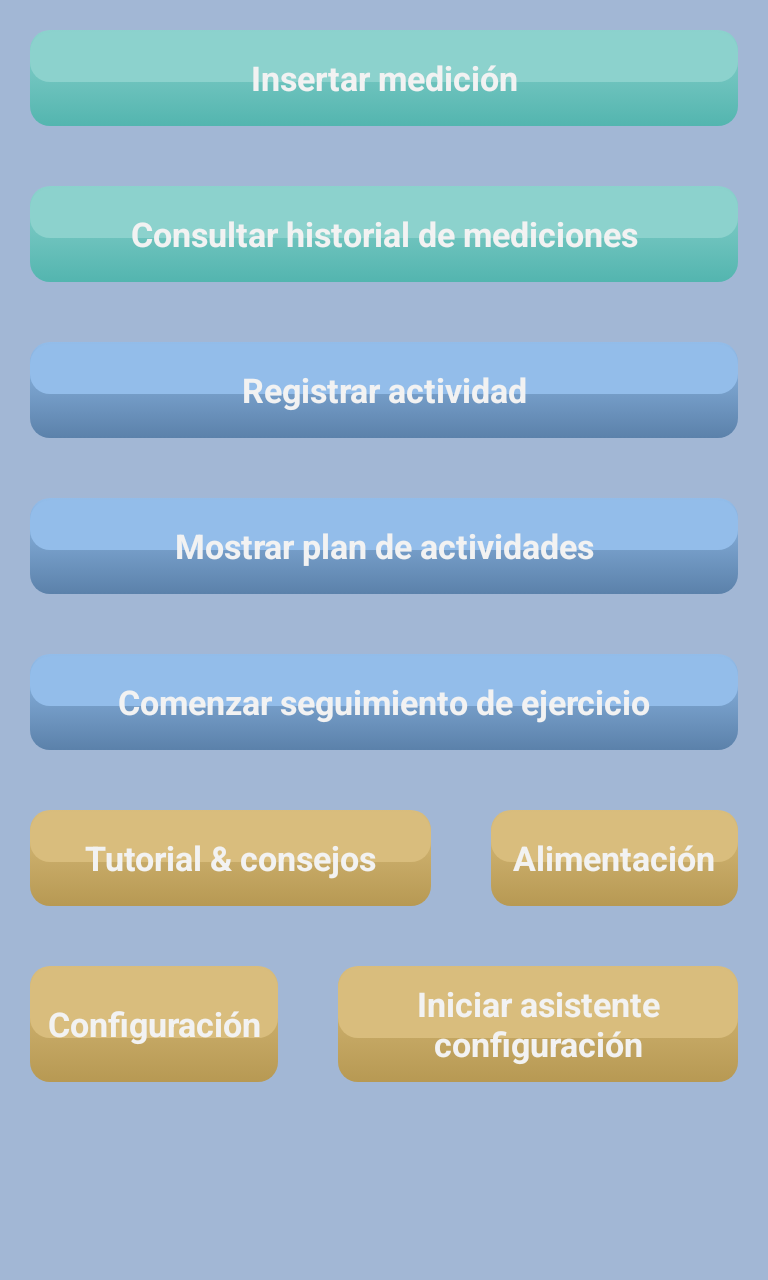
Repository: HectorGarciaMiguel/ssii-diabetes-060036
Layout: SeguimientoDiabetes/res/layout/activity_principal.xml
The author's editor kept a copy of each file at every save. The layout is drawn from the files as they stood at one save, then again after the next save.
It is drawn on a 768 x 1280 px phone screen (xhdpi) without system bars, with theme AppTheme; the app's code is not run.

Above is the layout before, as saved 2015-11-20 21:15:33.

After the next save:
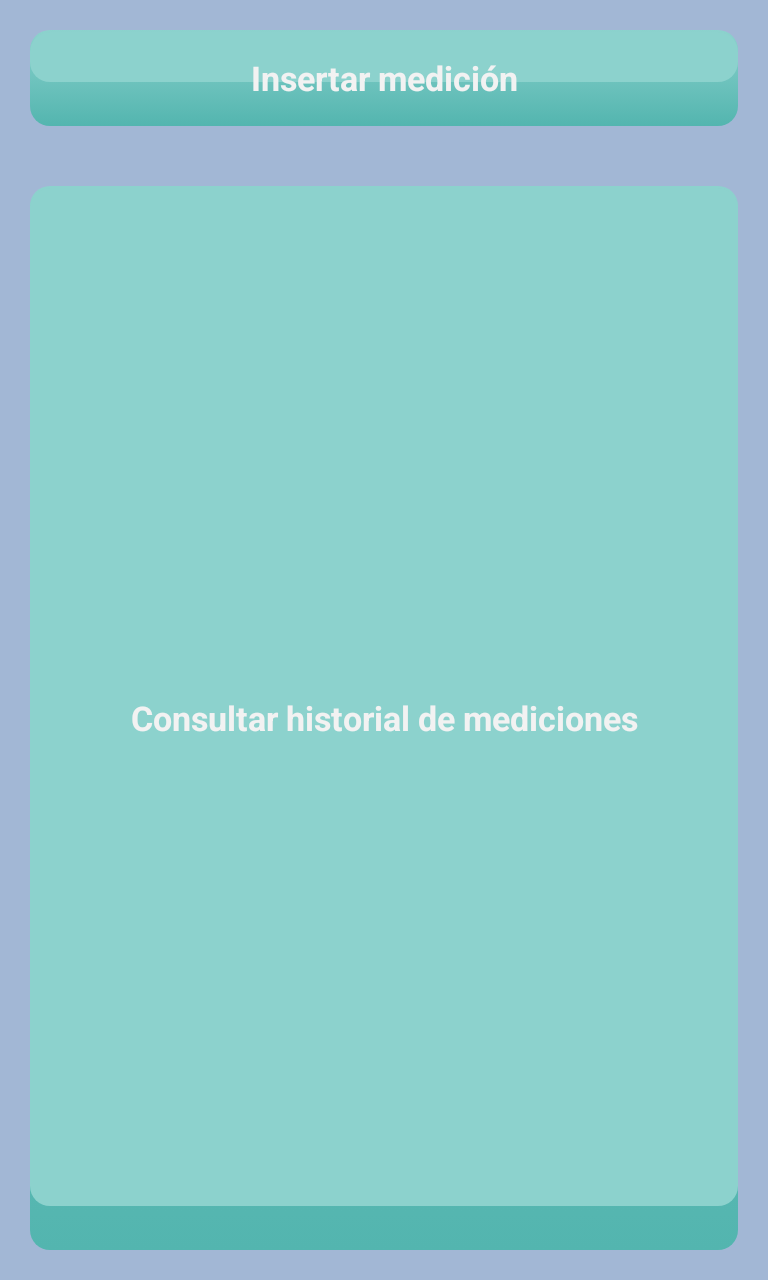
Saved 7 s later.
--- a/SeguimientoDiabetes/res/layout/activity_principal.xml
+++ b/SeguimientoDiabetes/res/layout/activity_principal.xml
@@ -25,7 +25,7 @@
 
 		<LinearLayout
 		        android:layout_width="fill_parent"
-		        android:layout_height="wrap_content">
+		        android:layout_height="fill_parent">
 
 		    <Button
 		        android:id="@+id/button2"

After the save that followed:
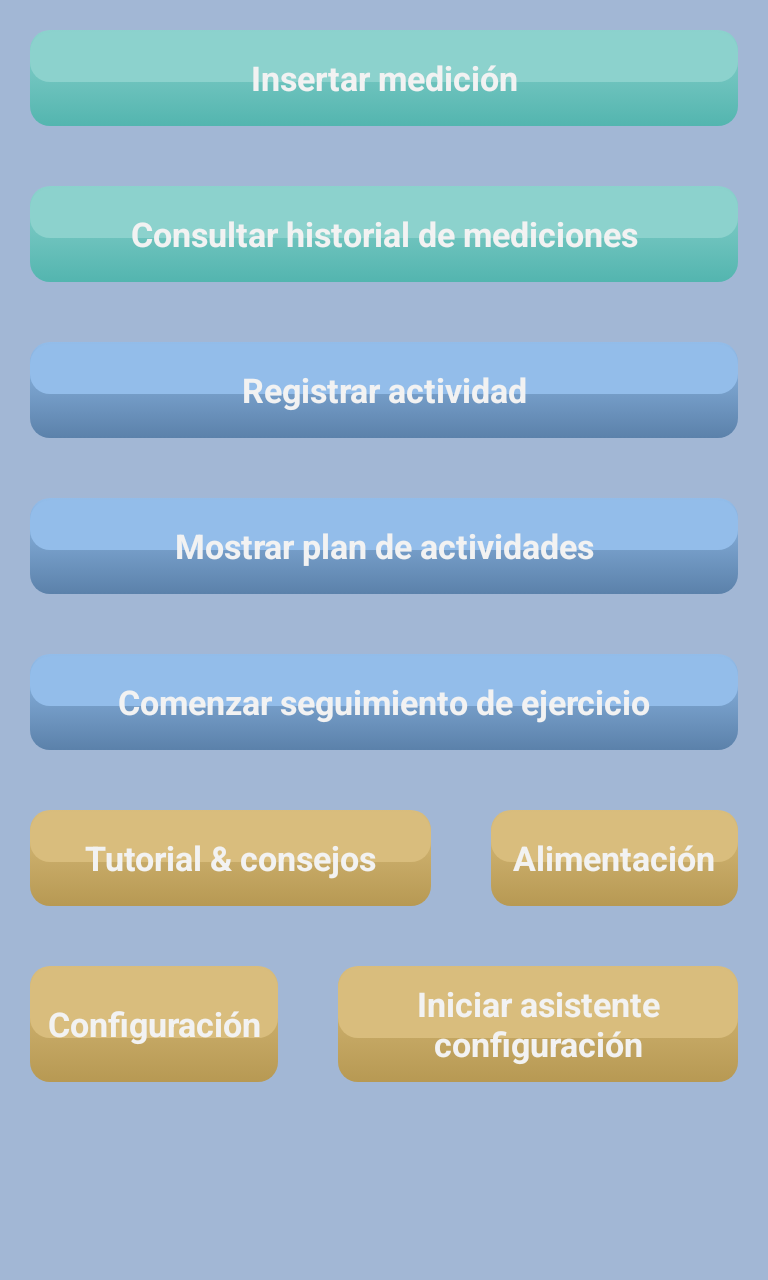
Saved 10 s later.
--- a/SeguimientoDiabetes/res/layout/activity_principal.xml
+++ b/SeguimientoDiabetes/res/layout/activity_principal.xml
@@ -25,7 +25,7 @@
 
 		<LinearLayout
 		        android:layout_width="fill_parent"
-		        android:layout_height="fill_parent">
+		        android:layout_height="wrap_content">
 
 		    <Button
 		        android:id="@+id/button2"
